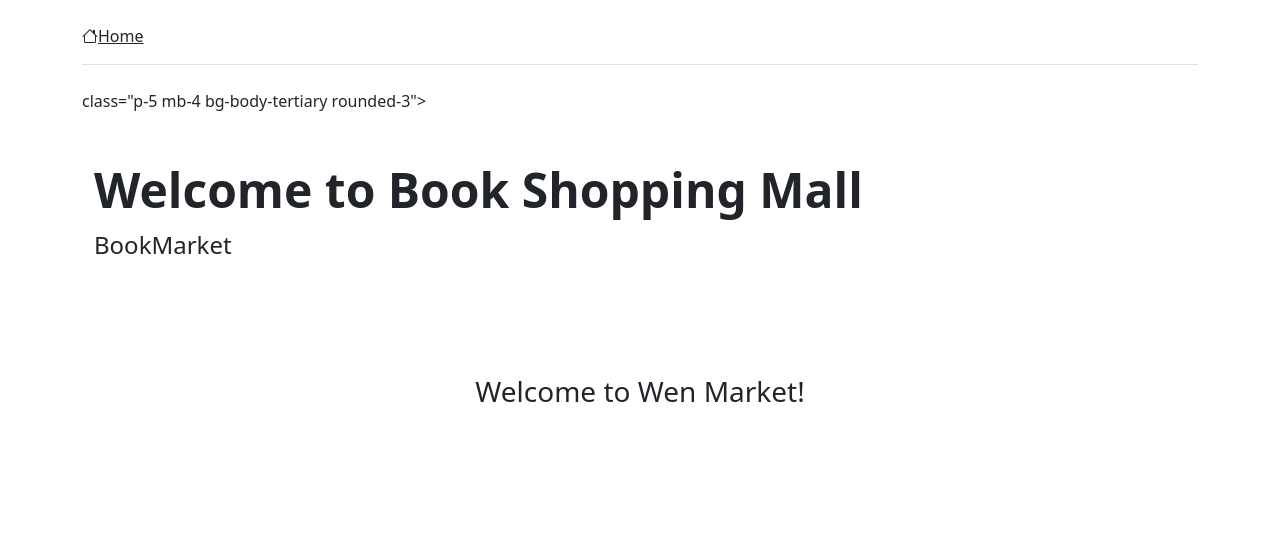
Repository: Sanetuk/jspprojects
Page: http://localhost/bookmarket/menu.jsp
The author's editor kept a copy of each file at every save. The page is drawn from the files as they stood at one save, then again after the next save.
The browser window is 1280 px wide. The pictures show the whole page.
The page is served by Tomcat 9.

Above is the page before, as saved 2024-08-06 08:18:15.

After the next save:
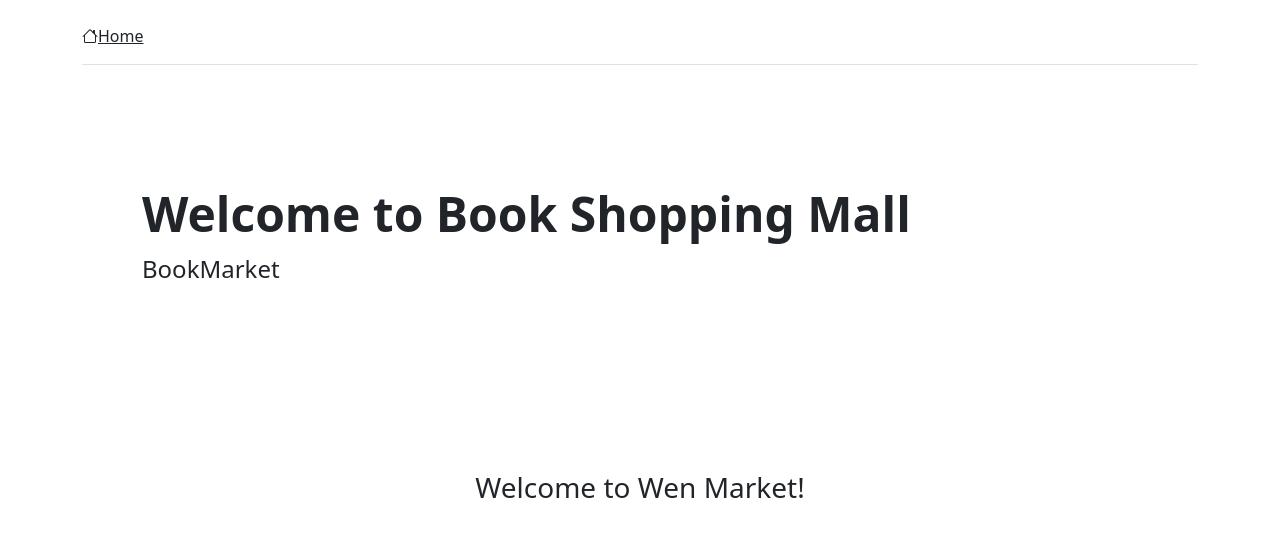
Saved 22 s later.
--- a/bookmarket/src/main/webapp/menu.jsp
+++ b/bookmarket/src/main/webapp/menu.jsp
@@ -26,7 +26,7 @@
 	%>
 	<%-- <h1><%= greeting %></h1>
 	<h3><%= tagline %></h3> --%>
-	<div> class="p-5 mb-4 bg-body-tertiary rounded-3">
+	<div class="p-5 mb-4 bg-body-tertiary rounded-3">
 		<div class="container-fluid py-5">
 			<h1 class="display-5 fw-bold"><%= greeting %></h1>
 			<p class="col-md-8 fs-4">BookMarket</p>
